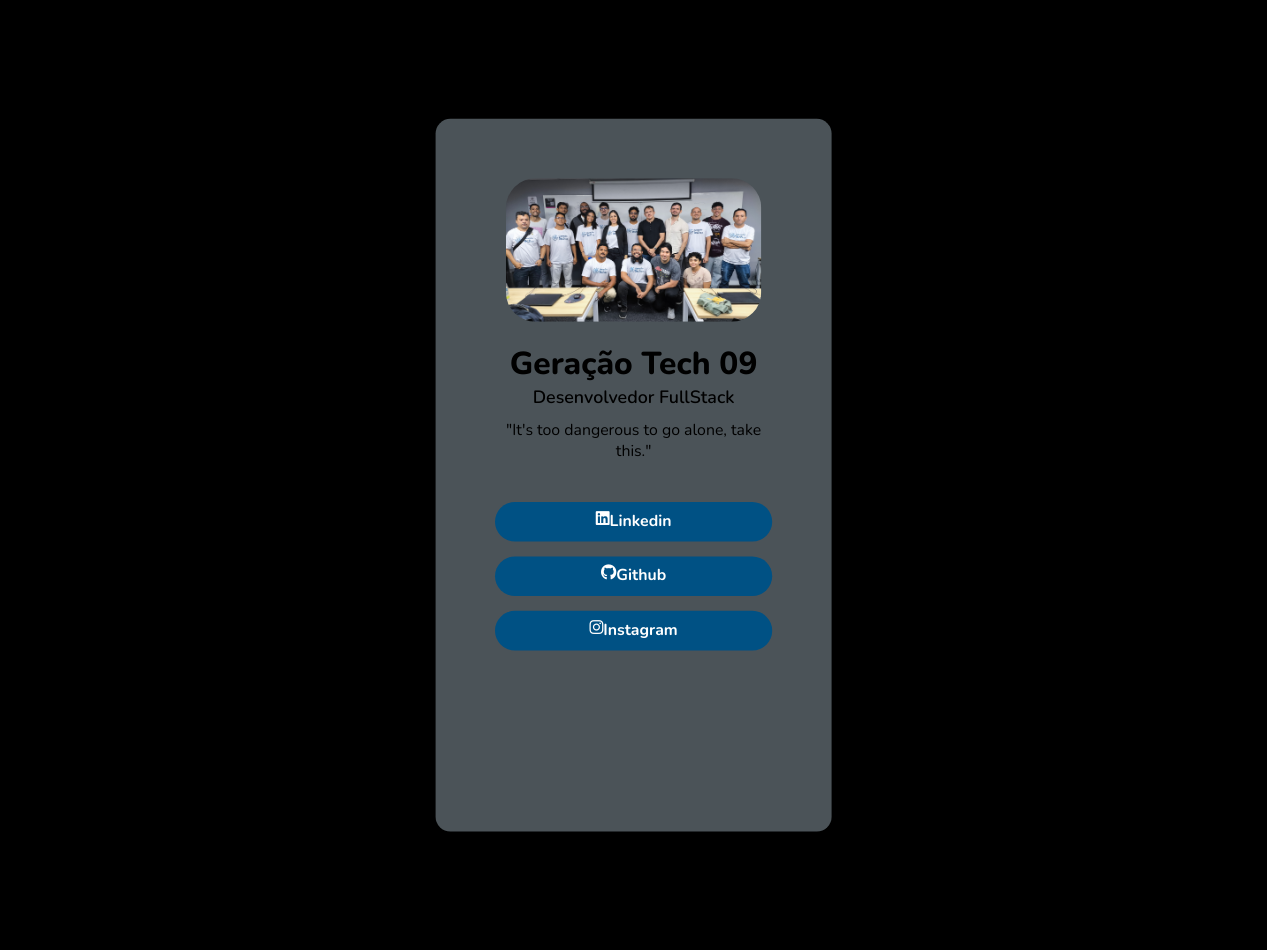
Repository: geracao-09/linktree-gt9
Page: index.html
These files come from the project's save history. The page is drawn as it stood at one moment and after the next save; the edit follows.
The browser window is 1280 px wide. The pictures show the whole page, at 99% of full size.

Above is the page before, as saved 2025-04-11 10:49:21.

After the next save:
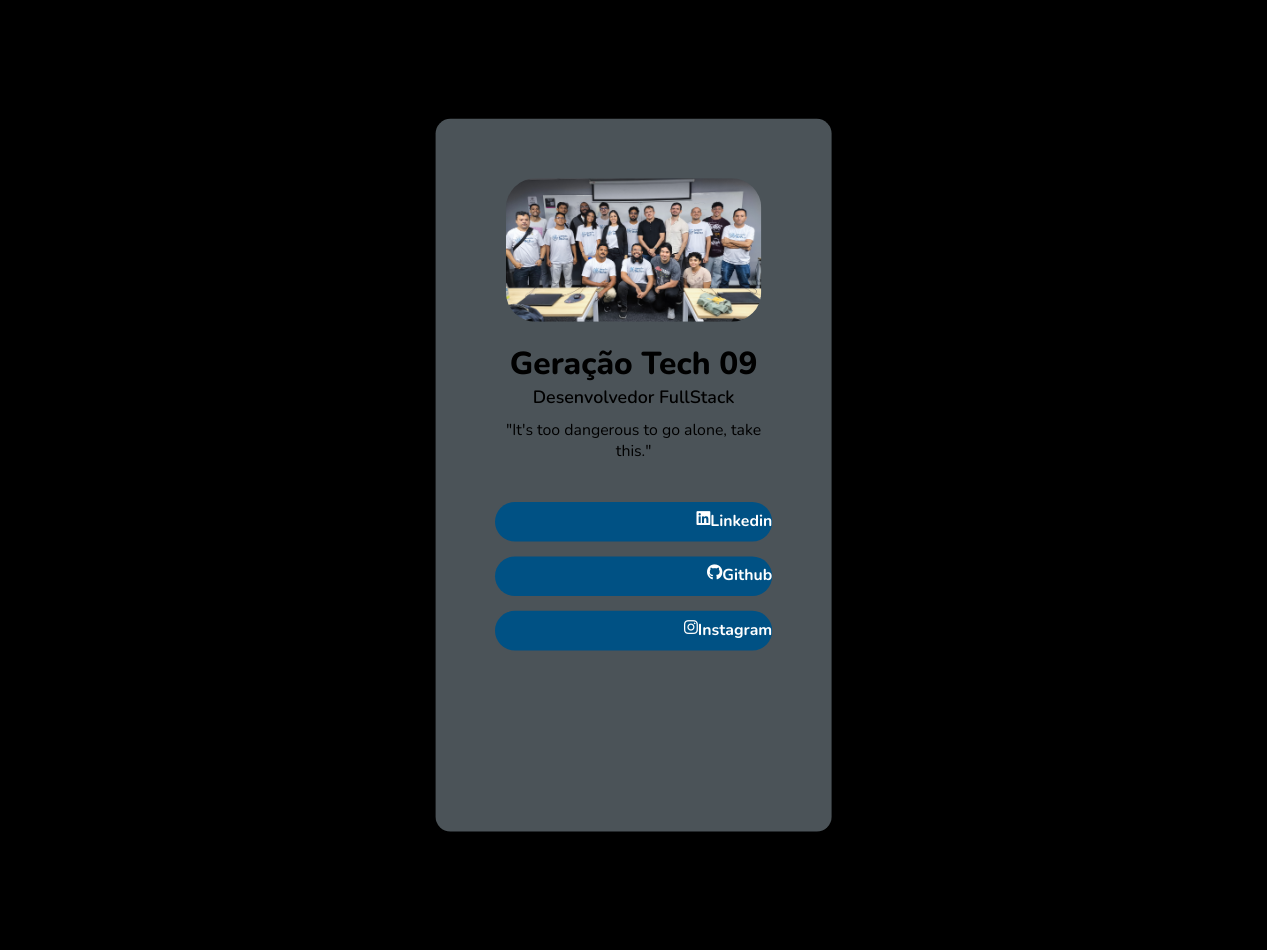
Saved 5 s later.
--- a/style.css
+++ b/style.css
@@ -53,7 +53,7 @@
 
 .container-social li {
   display: flex;
-  justify-content: center;
+  justify-content: end;
   width: 280px;
   height: 40px;
   background-color: #005184;

After the save that followed:
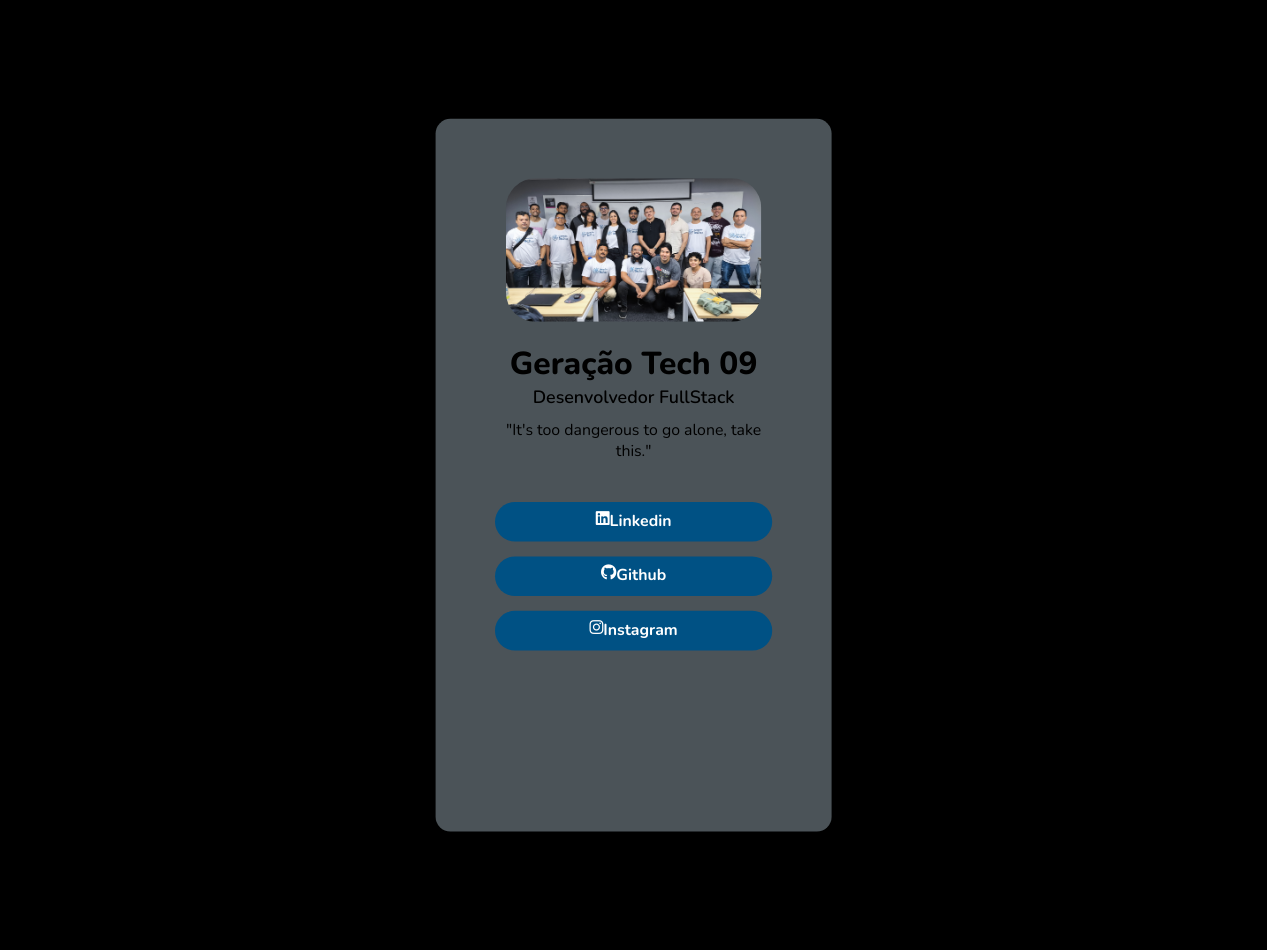
Saved 5 s later.
--- a/style.css
+++ b/style.css
@@ -53,7 +53,7 @@
 
 .container-social li {
   display: flex;
-  justify-content: end;
+  justify-content: center;
   width: 280px;
   height: 40px;
   background-color: #005184;
